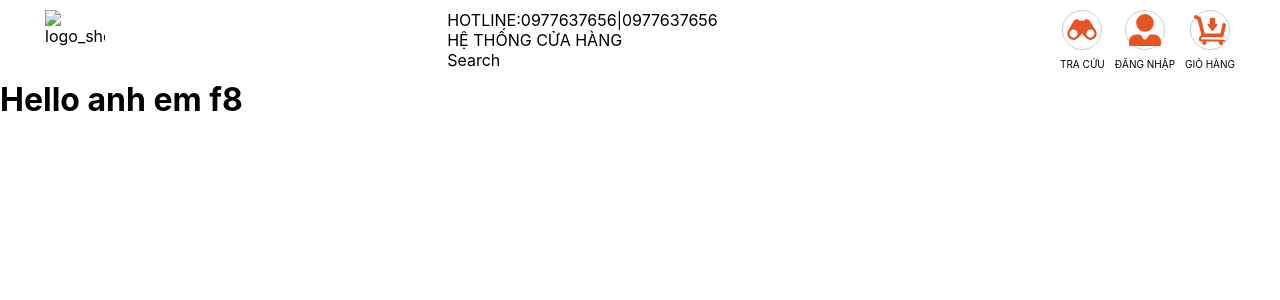
Repository: manhhieu120499/BadmintonShop
Page: /
An editor plug-in stored every save of this project. The page is shown before and after the next save, followed by the edit.
The browser window is 1280 px wide. The pictures show the whole page.
The project was rebuilt for these pictures with package versions that can differ from the ones it lists, and the page was loaded fresh each time.

Above is the page before, as saved 2024-08-19 10:06:42.

After the next save:
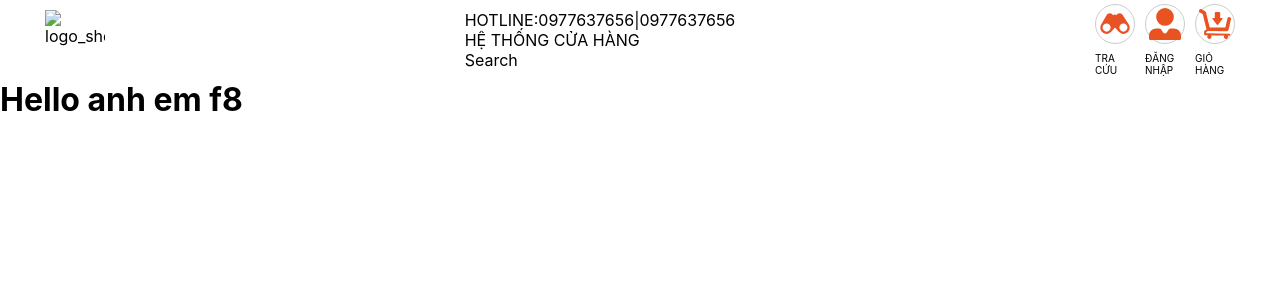
Saved 26 s later.
--- a/src/components/Button/Button.module.scss
+++ b/src/components/Button/Button.module.scss
@@ -2,6 +2,7 @@
 	display: flex;
 	flex-direction: column;
 	align-items: center;
+	width: 40px;
 }
 
 .image-icon {
